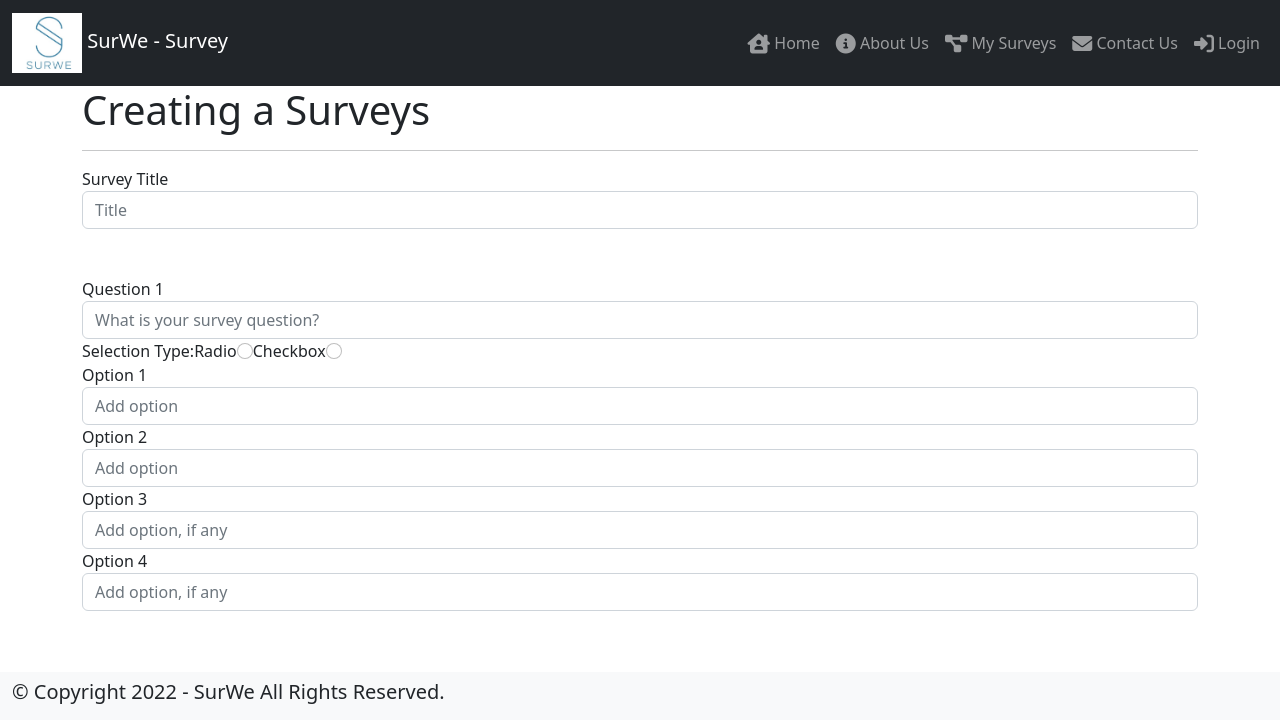
Repository: ryanchandata/comp229-m2022-group6-frontend
Page: /add
The author's editor kept a copy of each file at every save. The page is drawn from the files as they stood at one save, then again after the next save.
The browser window is 1280 px wide. The pictures show the whole page.
The project was rebuilt for these pictures with package versions that can differ from the ones it lists, and the page was loaded fresh each time. Also part of the build but not shown: src/content/home.tsx, src/content/about.tsx, src/content/contact.tsx, src/survey-list/landing.tsx, src/survey-list/edit.tsx, src/content/PageNotFound.tsx, src/authentication/login.tsx, src/authentication/logout.tsx and 1 more.

Above is the page before, as saved 2022-07-29 15:59:11.

### public/index.html
<!DOCTYPE html>
<html lang="en">
  <head>
    <meta charset="utf-8" />
    <link rel="icon" href="%PUBLIC_URL%/favicon.ico" />
    <meta name="viewport" content="width=device-width, initial-scale=1" />
    <meta name="theme-color" content="#000000" />
    <meta
      name="description"
      content="Web site created using create-react-app"
    />
    <link rel="apple-touch-icon" href="%PUBLIC_URL%/logo192.png" />
    <!--
      manifest.json provides metadata used when your web app is installed on a
      user's mobile device or desktop. See https://developers.google.com/web/fundamentals/web-app-manifest/
    -->
    <link rel="manifest" href="%PUBLIC_URL%/manifest.json" />
    <!--
      Notice the use of %PUBLIC_URL% in the tags above.
      It will be replaced with the URL of the `public` folder during the build.
      Only files inside the `public` folder can be referenced from the HTML.

      Unlike "/favicon.ico" or "favicon.ico", "%PUBLIC_URL%/favicon.ico" will
      work correctly both with client-side routing and a non-root public URL.
      Learn how to configure a non-root public URL by running `npm run build`.
    -->
    <title>COMP 229</title>
  </head>
  <body>
    <noscript>You need to enable JavaScript to run this app.</noscript>
    <div id="root"></div>
    <!--
      This HTML file is a template.
      If you open it directly in the browser, you will see an empty page.

      You can add webfonts, meta tags, or analytics to this file.
      The build step will place the bundled scripts into the <body> tag.

      To begin the development, run `npm start` or `yarn start`.
      To create a production bundle, use `npm run build` or `yarn build`.
    -->
  </body>
</html>

### src/App.tsx
import React from 'react';
import { BrowserRouter, Route, Routes } from 'react-router-dom';

// Common Components
import Header from './components/header';
import Footer from './components/footer';

// Content Components
import Home from './content/home';
import About from './content/about';
import Contact from './content/contact';
import Survey from './survey-list/landing';
import Add from './survey-list/add';
import Edit from './survey-list/edit';
import PageNotFound from './content/PageNotFound';

// Authentication Components
import Login from './authentication/login';
import Logout from './authentication/logout';
import Register from './authentication/register';

// Styles and Fonts
import 'bootstrap/dist/css/bootstrap.min.css';
import '@fortawesome/fontawesome-free/css/all.min.css';
import './App.css';

function App() {
  return (
    <div className="App">
      <BrowserRouter>
        <Header></Header>

        {/* Client-Side Routing */}
        <Routes>
          <Route path="/" element={<Home />} />
          <Route path="/home" element={<Home />} />
          <Route path="/about" element={<About />} />
          <Route path="/contact" element={<Contact />} />
          <Route path="/survey" element={<Survey />} />
          <Route path="/add" element={<Add />} />
          <Route path="/edit" element={<Edit />} />
          <Route path="*" element={<PageNotFound />} />
          <Route path="/login" element={<Login />} />
          <Route path="/logout" element={<Logout />} />
          <Route path="/register" element={<Register />} />
        </Routes>

        <Footer></Footer>
      </BrowserRouter>
    </div>
  );
}

export default App;

### src/components/header.tsx
import React, { useEffect, useState } from 'react';
import { NavLink } from 'react-router-dom';
import logo from './team_logo.jpg';
import AuthService from '../services/auth-service';

console.log(logo);

function Header()
{
  const [ isLoggedIn, setIsLoggedIn ] = useState(false);

  useEffect(()=>{
    setIsLoggedIn(AuthService.getCurrentUser());
  }, []);

  function toggleLogin()
  {
    if(isLoggedIn)
    {
      return(
        <li className='nav-item'>
          <NavLink to={"/logout"} className='nav-link' aria-current="page"><i className="fa-solid fa-right-from-bracket fa-lg"></i> Logout</NavLink>
        </li>
      );
    }
    else
    {
      return(
        <li className="nav-item">
            <NavLink to={"/login"} className="nav-link" aria-current="page" ><i className="fa-solid fa-right-to-bracket fa-lg"></i> Login</NavLink>
          </li>
      );
    }
  }


    return (
        <nav className="navbar navbar-expand-lg navbar-dark bg-dark">
    <div className="container-fluid">
      <NavLink to={"/"} className="navbar-brand"><img src={logo} alt="Logo" height={60} width={70} /> SurWe - Survey</NavLink>
      <button className="navbar-toggler" type="button" data-bs-toggle="collapse" data-bs-target="#navbarSupportedContent" aria-controls="navbarSupportedContent" aria-expanded="false" aria-label="Toggle navigation">
        <span className="navbar-toggler-icon"></span>
      </button>
      <div className="collapse navbar-collapse" id="navbarSupportedContent">
        <ul className="navbar-nav ms-auto mb-2 mb-lg-0">
          <li className="nav-item">
            <NavLink to={"/home"} className="nav-link" aria-current="page"><i className="fa-solid fa-house-chimney-user fa-lg"></i> Home</NavLink>
          </li>
          <li className="nav-item">
            <NavLink to={"/about"} className="nav-link" aria-current="page"><i className="fa-solid fa-circle-info fa-lg"></i> About Us</NavLink>
          </li>
          <li className="nav-item">
            <NavLink to={"/survey"} className="nav-link" aria-current="page"><i className="fa-solid fa-diagram-project fa-lg"></i> My Surveys</NavLink>
          </li>
          <li className="nav-item">
            <NavLink to={"/contact"} className="nav-link" aria-current="page"><i className="fa-solid fa-envelope fa-lg"></i> Contact Us</NavLink>
          </li>
          <li className="nav-item">
            <NavLink to={"/login"} className="nav-link" aria-current="page" ><i className="fa-solid fa-right-to-bracket fa-lg"></i> Login</NavLink>
          </li>

          { toggleLogin }

        </ul>
      </div>
    </div>
  </nav>
    )
}

export default Header;

### src/components/footer.tsx
import React from 'react';

// Footer Component
function Footer()
{
    function getDate(): number
    {
      let date = new Date();
      return date.getFullYear();
    }
    return(
        <nav className="navbar fixed-bottom bg-light">
          <div className="container-fluid">
          <h5 id="copyright">&copy; Copyright { getDate()} - SurWe All Rights Reserved.</h5>
         </div>
        </nav>
    );
}

export default Footer;

### src/survey-list/add.tsx
import React, { useEffect } from 'react';

function Add()
{
    useEffect(()=>{
        document.title = "Creating Surveys";
    });

    return(
        <div className="container">
            <h1>Creating a Surveys</h1>
            <hr />
            <form className="form" method="post">
                <div className="form-group">
                    <label htmlFor="title">Survey Title</label>
                    <input type="text" className="form-control" placeholder="Title" id="question<%= count + 1%>" name="name" value="" required></input><br /><br />
                    <label htmlFor="name">Question 1</label>
                    <input type="text" className="form-control" placeholder="What is your survey question?" id="question1" name="question1" value="" required></input>
                    <label htmlFor="optionType">Selection Type:</label>
                    <label htmlFor="optionType">Radio
                    <input type="radio" className="form-check-input" id="optionType1" name="optionType1" value="radio" required></input>
                    </label>
                    <label htmlFor="optionType">Checkbox
                    <input type="radio" className="form-check-input" id="optionType1" name="optionType1" value="checkbox" required></input>
                    </label><br />
                    <label htmlFor="option1">Option 1</label>
                    <input type="text" className="form-control" placeholder="Add option" id="options1" name="options1" value="" required></input>
                    <label htmlFor="option2">Option 2</label>
                    <input type="text" className="form-control" placeholder="Add option" id="options2" name="options2" value="" required></input>
                    <label htmlFor="option3">Option 3</label>
                    <input type="text" className="form-control" placeholder="Add option, if any" id="options3" name="options3" value="" ></input>
                    <label htmlFor="option4">Option 4</label>
                    <input type="text" className="form-control" placeholder="Add option, if any" id="options4" name="options4" value="" ></input>
                </div>
            </form>
        </div>
    );
}

export default Add;

### src/App.css
/* Custom CSS goes here */
body {
    padding-bottom: 70px;
  }

  .input-group-addon:first-child
  {
      border-right: 0;
  }

  .input-group-addon
  {
      padding: 6px 12px;
      font-size: 14px;
      font-weight: 400;
      line-height: 1;
      text-align: center;
      border: 1px solid darkgrey;
      border-radius: 4px;
  }

  .input-group-addon .fa
  {
      font-size: 18px;
  }

  .input-group .form-control
  {
      position:relative;
      z-index: 2;
      float:left;
      margin-bottom: 0;
  }

  .input-group .form-control:last-child
  {
      border-top-left-radius: 0;
      border-bottom-left-radius: 0;
  }



  .login
  {
      padding: 2rem 1rem;
      margin-bottom: 2rem;
      background-color: lightgrey;
      border-radius: .3rem;
  }

  .login input
  {
      background-color: white;
      border-color: darkgrey;
      border-radius: .4em;
      width: 100%;
  }

  .edit-task
  {
      position: relative;
      top: -31px;
      display: none;
  }

  .nav {
      background-color: #ffffff;
      color: #000000;
      list-style: none;
      text-align: right;
      padding: 20px 0 20px;
  }

  .nav > li {
      margin-left: 100px;
      padding: 12px 0 0 5px;
      font-size: 12px;
  }

  .nav > li > a {
      text-decoration: none;
      color: #000000;
  }

  .coname {
      color: #000000;
      float: left;
      padding-left: 25px;
      font-size: 16px;
      font-weight: bold;
  }

### src/services/auth-service.tsx
import http from '../components/http-common';

class AuthService
{
    public login(username: string, password: string)
    {
        return http.post('/login', {username, password})
        .then(response => {
            if(response.data.token)
            {
                localStorage.setItem("user", JSON.stringify(response.data));
            }
            return response.data;
        });
    }

    public logout()
    {
        localStorage.removeItem("user");
    }

    public register(username: string, password: string, FirstName: string, LastName: string, EmailAddress: string)
    {
        return http.post('register', { username, password, FirstName, LastName, EmailAddress });
    }

    public getCurrentUser()
    {
        const userString = localStorage.getItem("user") as string;
        if (userString)
        {
            return JSON.parse(userString);
        }
        return false;
    }
}

export default new AuthService();

### src/components/http-common.tsx
import axios from 'axios';
export default axios.create({
    baseURL: "https://comp229-m2022-group6-backend.herokuapp.com/api",
    // baseURL: "http://localhost:3500/api"
    headers: {
        "Content-type": "application/json"
    }
});

Loaded but not shown: src/index.tsx (common file); src/index.css (common file); src/reportWebVitals.ts (common file)

After the next save:
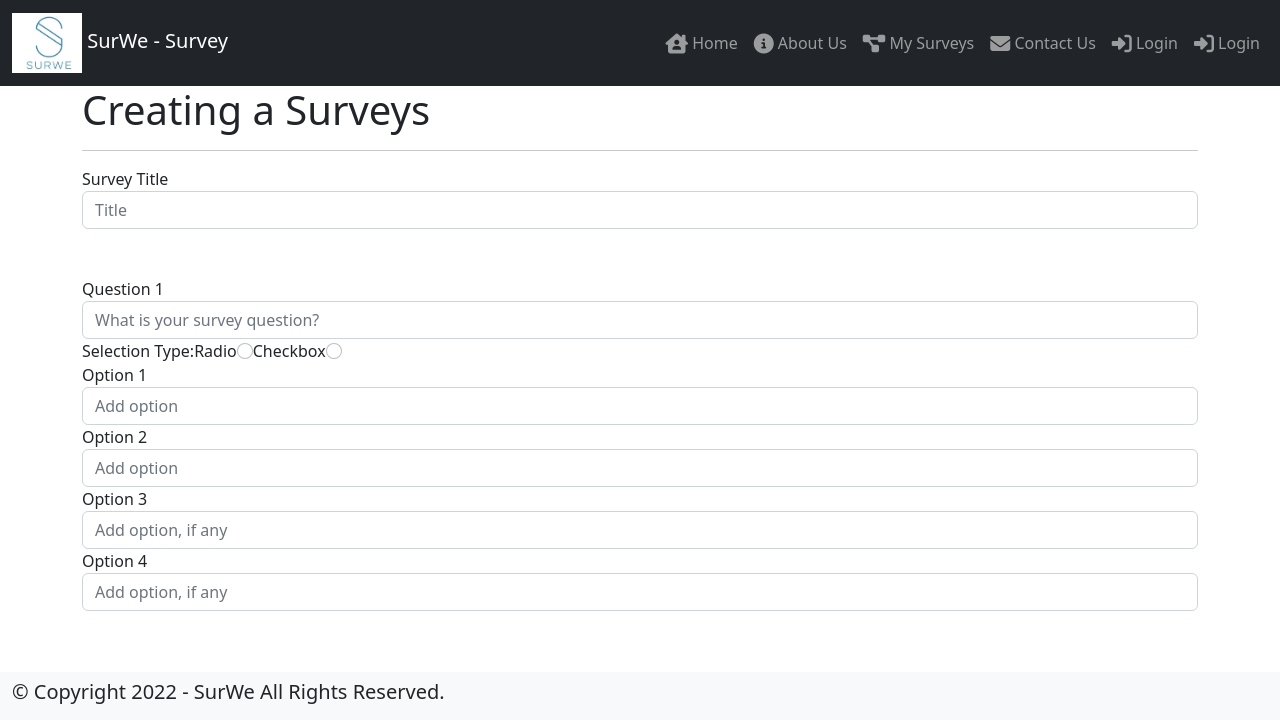
Saved 115 s later.
--- a/src/components/header.tsx
+++ b/src/components/header.tsx
@@ -59,7 +59,7 @@
             <NavLink to={"/login"} className="nav-link" aria-current="page" ><i className="fa-solid fa-right-to-bracket fa-lg"></i> Login</NavLink>
           </li>
 
-          { toggleLogin }
+          { toggleLogin() }
 
         </ul>
       </div>

After the save that followed:
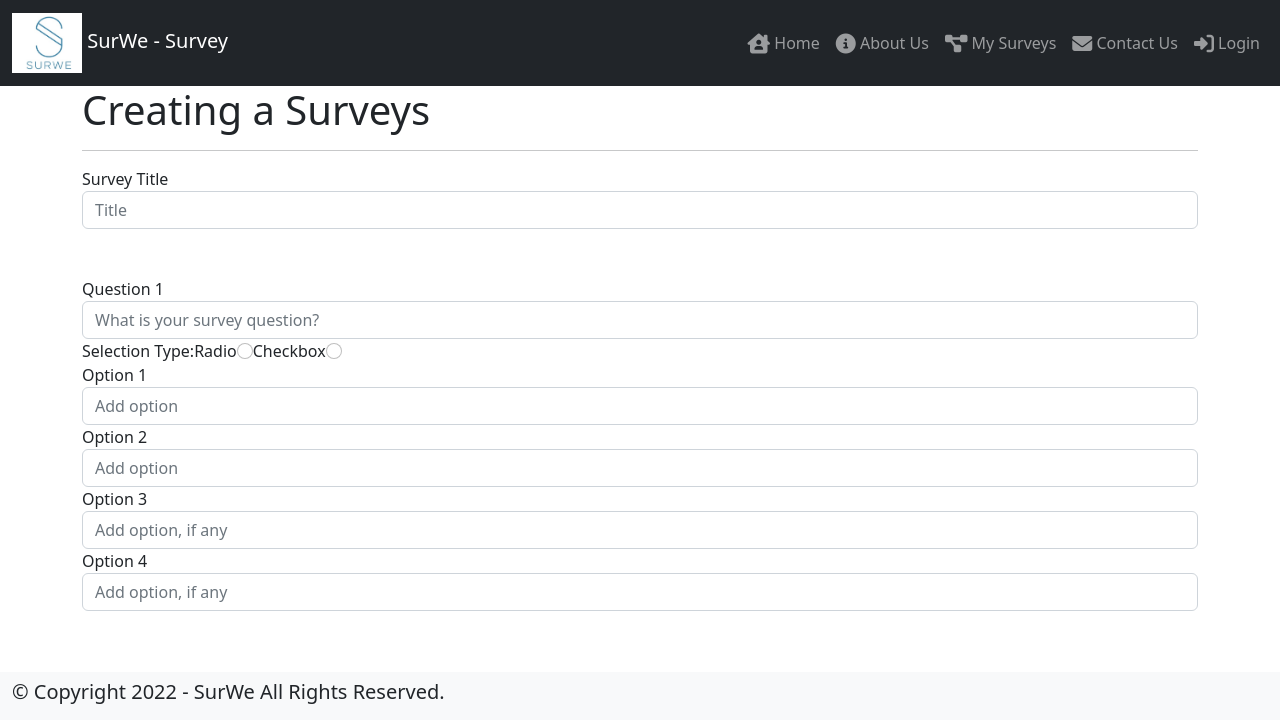
Saved 20 s later.
--- a/src/components/header.tsx
+++ b/src/components/header.tsx
@@ -55,9 +55,6 @@
           <li className="nav-item">
             <NavLink to={"/contact"} className="nav-link" aria-current="page"><i className="fa-solid fa-envelope fa-lg"></i> Contact Us</NavLink>
           </li>
-          <li className="nav-item">
-            <NavLink to={"/login"} className="nav-link" aria-current="page" ><i className="fa-solid fa-right-to-bracket fa-lg"></i> Login</NavLink>
-          </li>
 
           { toggleLogin() }
 
